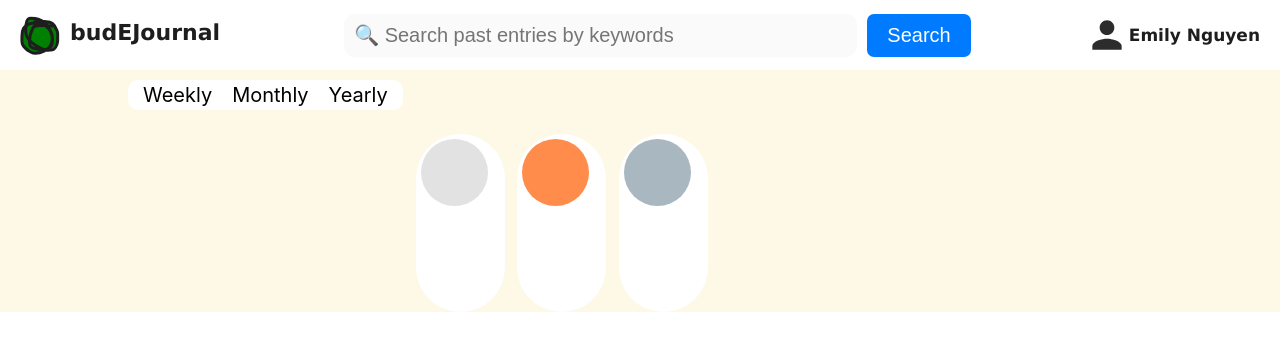
Repository: BaileyLuu/budejournal
Page: /
These files come from the project's save history. The page is drawn as it stood at one moment and after the next save; the edit follows.
The browser window is 1280 px wide. The pictures show the whole page.
The project was rebuilt for these pictures with package versions that can differ from the ones it lists, and the page was loaded fresh each time. Also part of the build but not shown: src/pages/Home.js.

Above is the page before, as saved 2023-09-16 21:31:54.

### src/components/Navbar.js
import React, {useState} from 'react';
import './navbar.css'
const Navbar = () => {
  // need to add some userState here when user search past entries by keywords
  // and the onClick handler when user click search button
  const [searchKeywords, setSearchKeywords] = useState('')
  const handleSearchKeywords = (e) => {
    setSearchKeywords(e.target.value)
  }
  const handleSearch = ()=> {
    alert(searchKeywords)
  }

  return (
    <nav className="navbar">
      <div className="navbar-logo">
        <svg xmlns="http://www.w3.org/2000/svg" width="40" height="39" viewBox="0 0 40 39" fill="green">
          <path d="M32.2572 9.93512C28.647 9.93512 25.0058 9.50361 21.3736 9.50361C18.5545 9.50361 14.3076 8.99662 12.7914 11.9728C10.7255 16.028 9.63294 20.0533 9.60307 24.6543C9.58979 26.6986 9.16434 29.4896 10.9455 30.9591C12.8024 32.491 15.5242 33.0241 17.8496 33.3563C21.8908 33.9336 27.5229 33.9755 30.651 30.9591C32.909 28.7818 32.4921 25.5923 32.4729 22.7365C32.4414 18.0469 30.7636 14.0345 27.0791 11.0139C25.3639 9.6077 22.9308 8.02586 20.7383 7.48991C19.3171 7.14251 17.7043 7.32435 16.2435 7.17827C13.1567 6.86959 9.99712 7.02607 7.39759 8.85635C5.9706 9.86107 4.26017 10.8263 3.46608 12.4522C2.53474 14.3593 2.07932 16.8255 2.0517 18.9248C2.01512 21.7048 1.56037 25.0772 2.30341 27.7707C2.7832 29.51 4.30852 31.1782 5.5517 32.4214C6.79537 33.6651 8.12802 34.714 9.71094 35.4899C10.7344 35.9916 11.8281 36.9422 12.9832 37.0721C16.6211 37.4814 20.0419 37.1757 23.2674 35.442C25.926 34.013 28.6848 32.7071 30.2674 29.9522C31.8907 27.1265 32.4454 24.3578 32.2092 21.1303C32.081 19.378 31.5637 17.8693 30.8548 16.2879C29.9798 14.3361 29.4302 12.2643 28.2418 10.4625C25.9351 6.9654 22.0563 4.48141 18.1733 3.05499C15.9148 2.22533 12.8432 2.168 10.4421 2.168C8.0435 2.168 7.60785 3.09333 6.89416 5.10464C5.62747 8.67441 5.54884 12.7713 5.73149 16.5156C6.0155 22.3377 12.1813 27.2627 16.615 30.12C19.0655 31.6992 21.6402 33.0634 24.49 33.7759C26.582 34.2988 28.8294 34.0995 30.9746 34.0995C35.0359 34.0995 37.0507 29.2464 37.5311 26.0207C37.82 24.081 37.651 22.0303 37.651 20.0755C37.651 18.4952 37.8672 16.6603 37.1955 15.1731C35.9731 12.4664 35.1016 9.71032 32.7007 7.78957C31.6795 6.97263 30.1408 6.42936 28.913 6.05156C27.3869 5.58201 25.9172 5.79644 24.3822 5.51218C21.8709 5.04713 18.9458 4.96218 16.4233 5.30841C15.0453 5.49754 14.029 6.20885 13.2709 7.34608" stroke="#1E1E1E" stroke-width="3" stroke-linecap="round" />
        </svg>
        <span className="logo-name">budEJournal</span>
      </div>
      <div className="navbar-search">
        <input type="text" placeholder="🔍 Search past entries by keywords" value={searchKeywords} onChange={handleSearchKeywords} />
        <button onClick={handleSearch}>Search</button>
      </div>
      <div className="navbar-user">
        <svg xmlns="http://www.w3.org/2000/svg" width="44" height="44" viewBox="0 0 44 44" fill="none">
          <path d="M22 22C26.0517 22 29.3333 18.7183 29.3333 14.6667C29.3333 10.615 26.0517 7.33334 22 7.33334C17.9483 7.33334 14.6667 10.615 14.6667 14.6667C14.6667 18.7183 17.9483 22 22 22ZM22 25.6667C17.105 25.6667 7.33334 28.1233 7.33334 33V36.6667H36.6667V33C36.6667 28.1233 26.895 25.6667 22 25.6667Z" fill="#2C2C2C" />
        </svg>
        <span className="username-fontstyle">Emily Nguyen</span>
      </div>
    </nav>
  );
};

export default Navbar;

### src/components/Emoji.js
import React, { useState } from 'react';
import './emoji.css'

export default function Emoji() {
    return (
        <>
            <div className="emojiBG">
                <div className="emoji-period">
                    <div className="period">Weekly</div>
                    <div className="period">Monthly</div>
                    <div className='period'>Yearly</div>
                    {/* <button className="period-btn">Weekly</button>
                    <button className="period-btn">Monthly</button>
                    <button className="period-btn">Yearly</button> */}
                </div>
                <div className="emoji-mood">
                    <svg xmlns="http://www.w3.org/2000/svg" width="67" height="67" viewBox="0 0 67 67" fill="none">
                        <circle cx="33.5" cy="33.5" r="33.5" fill="#E2E2E2" />
                    </svg>
                </div>
                <div className="emoji-mood">
                    <svg xmlns="http://www.w3.org/2000/svg" width="67" height="67" viewBox="0 0 67 67" fill="none">
                        <circle cx="33.5" cy="33.5" r="33.5" fill="#FF8C4B" />
                    </svg>
                </div>
                <div className="emoji-mood">
                    <svg xmlns="http://www.w3.org/2000/svg" width="67" height="67" viewBox="0 0 67 67" fill="none">
                        <circle cx="33.5" cy="33.5" r="33.5" fill="#A9B7C0" />
                    </svg>
                </div>

                {/* <div className="mood-weekly">
                    <div className="mood">
                        <svg xmlns="http://www.w3.org/2000/svg" width="67" height="67" viewBox="0 0 67 67" fill="none">
                            <circle cx="33.5" cy="33.5" r="33.5" fill="#E2E2E2" />

                        </svg>

                    </div>
                </div> */}

            </div>

        </>

    );
}

### src/components/navbar.css
.navbar {
    display: flex;
    justify-content: space-between;
    align-items: center;
    background-color: #fff;
    color: #fff;
    padding: 10px 20px;
}

.navbar-logo {
    display: flex;
    margin-right: 10px;

}

.navbar-logo img {
    height: 50px;
}

.logo-name {
    color: #1E1E1E;
    font-family: Verdana;
    font-size: 22px;
    font-style: normal;
    font-weight: 700;
    line-height: 150%;
    margin-left:10px;
    align-items: center;
    /* 33px */
}

.navbar-search {
    display: flex;
    height: 50px;
    /* justify-content: center; */
    text-align: center;
    align-items: center;
    flex-grow: 0.5;
}

.navbar-search input[type="text"] {
    flex-grow: 1;
    width: 100%;
    padding: 10px;
    border: none;
    border-radius: 11px;
    background-color: #FAFAFA;
    font-size: 20px;
}

.navbar-search button {
    background-color: #007bff;
    color: #fff;
    border: none;
    border-radius: 7px;
    padding: 10px 20px;
    margin-left: 10px;
    cursor: pointer;
    font-size: 20px;
}

.navbar-user {
    display: flex;
    align-items: center;
}

.username-fontstyle {
    color: var(--black, #1E1E1E);
    font-family: Verdana;
    font-size: 17px;
    font-style: normal;
    font-weight: 700;
    line-height: 100%;
    /* 25.5px */
}

### src/components/emoji.css
.emojiBG{
    display:flex;
    background-color: #FEF8E6;
    width:100%;

}
.emoji-period{
    display:flex;
    margin-left:10%;
    margin-top:10px;
    flex-shrink: 0;
    border-radius:10px;
    padding:5px;
    height:20px;
    background-color: #ffffff;
    line-height: 0;
}
.period{
    display:inline-flex;
    height:auto;
    font-size:20px;
    padding:10px;
    border-radius: 10px;
    border-color:#ffffff;
    background-color:#ffffff;
    flex: 1;
    font-weight: 400;
    /* font-size:20px; */
    /* color: #3F3F3F;
    font-family: Inter;
    font-size: 16px;
    font-style: normal; */
    /* font-weight: 400; */
    /* line-height: normal; */
    padding:10px;
}
/* .mood-weekly{
    display:flex;
} */
/* .mood{
    width: 79px;
    height: 168px;
    flex-shrink: 0;
} */
.emoji-mood{
    display:flex;
    /* margin-left:10%; */
    margin-left:1%;
    margin-top:5%;
    /* flex-shrink: 0; */
    background-color: #ffffff;
    border-radius:100px;
    padding:5px;
    width: 79px;
    height: 168px;
}

Loaded but not shown: public/index.html (common file); src/index.js (common file); src/index.css (common file); src/App.js (common file); src/App.css (common file)

After the next save:
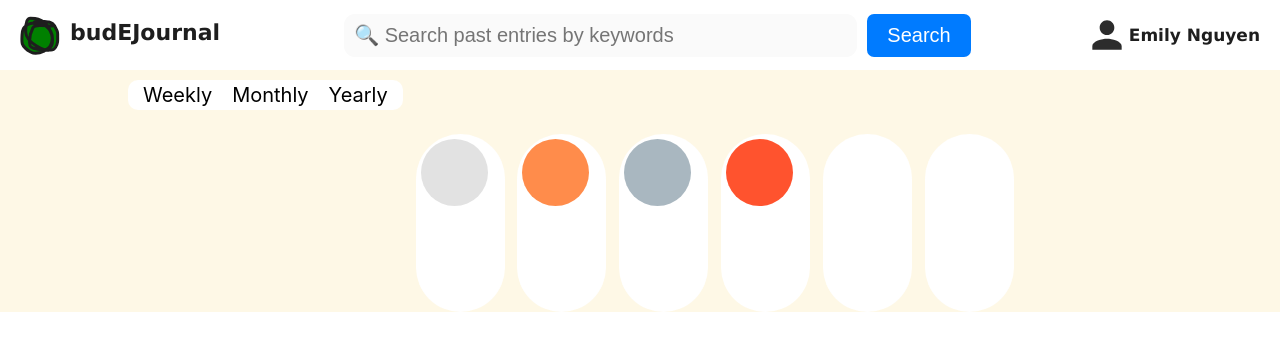
Saved 29 s later.
--- a/src/components/Emoji.js
+++ b/src/components/Emoji.js
@@ -28,6 +28,17 @@
                         <circle cx="33.5" cy="33.5" r="33.5" fill="#A9B7C0" />
                     </svg>
                 </div>
+                <div className="emoji-mood">
+                <svg xmlns="http://www.w3.org/2000/svg" width="67" height="67" viewBox="0 0 67 67" fill="none">
+  <circle cx="33.5" cy="33.5" r="33.5" fill="#FF532E"/>
+</svg>
+                </div>
+                <div className="emoji-mood">
+
+                </div>
+                <div className="emoji-mood">
+
+                </div>
 
                 {/* <div className="mood-weekly">
                     <div className="mood">
